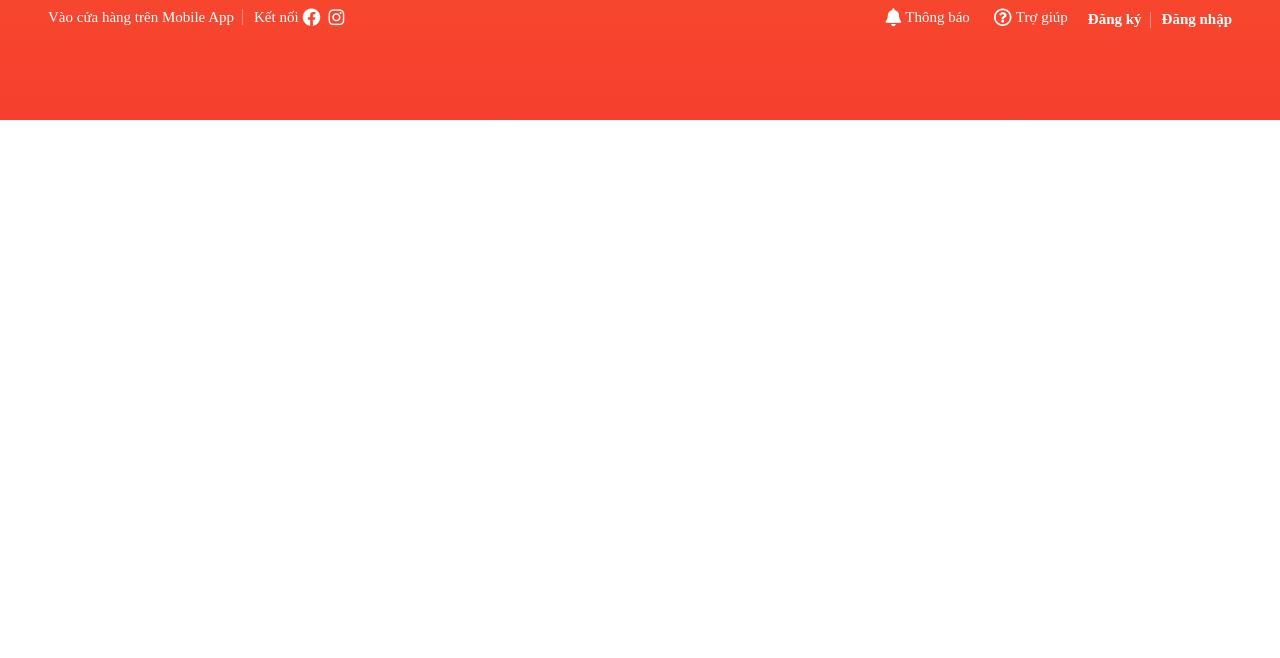
Repository: Qson412/BTL_Web
Page: index.html
These files come from the project's save history. The page is drawn as it stood at one moment and after the next save; the edit follows.
The browser window is 1280 px wide. The pictures show the whole page.

Above is the page before, as saved 2021-11-29 21:04:42.

### index.html
<!DOCTYPE html>
<html lang="en">

<head>
    <meta charset="UTF-8">
    <meta http-equiv="X-UA-Compatible" content="IE=edge">
    <meta name="viewport" content="width=device-width, initial-scale=1.0">
    <link rel="stylesheet" href="./base.css">
    <link rel="stylesheet" href="./main.css">
    <link rel="stylesheet" href="./fontawesome-free-5.15.4-web/css/all.min.css">
    <title>Trang trủ</title>
</head>

<body>
    <div class="app">
        <!-- HEADER -->
        <header class="header">
            <div class="grid">
                <nav class="header__navbar">
                    <ul class="header__navbar-list">
                        <li class="header__navbar-item header__navbar-item--has-qr header__navbar-item--separate">
                            Vào cửa hàng trên Mobile App
                            <!--Link Dowloads App in QR, GG Play and AppStore-->
                            <div class="header__qr">
                                <img src="./uploads/qr_code.png" alt="QR code" class="header__qr-img">
                                <div class="header__qr-app">
                                    <!--Link Dowloads App in GG Play-->
                                    <a href="https://play.google.com/store/apps/details?id=com.shopee.vn&hl=vi&gl=US"
                                        class="header__qr-link"><img src="./uploads/gg_play.png" alt="Google Play"
                                            class="header__qr-dowloads-img"></a>
                                    <!--Link Dowloads App in AppStore-->
                                    <a href="https://apps.apple.com/vn/app/id959841449" class="header__qr-link"><img
                                            src="./uploads/appstore.png" alt="App Store"
                                            class="header__qr-dowloads-img"></a>
                                </div>
                            </div>
                        </li>
                        <li class="header__navbar-item">
                            <span class="header__navbar-title--no-poiter">Kết nối</span>
                            <a href="https://www.facebook.com/" class="header__navbar-icon-link"><i
                                    class="header__navbar-icon fab fa-facebook"></i></a>
                            <a href="https://www.instagram.com/" class="header__navbar-icon-link"><i
                                    class="header__navbar-icon fab fa-instagram"></i></a>
                        </li>
                    </ul>

                    <ul class="header__navbar-list">
                        <li class="header__navbar-item header__navbar-item--has-notify"><a href="" class="header__navbar-item-link">
                                <i class="header__navbar-icon fas fa-bell"></i>
                                Thông báo</a>
                                <!-- Header Notification-->
                                <div class="header__notify">
                                    <header class="header__notify-header">
                                        <h3> Thông báo mới nhận</h3>
                                    </header>
                                    <ul class="header__notify-list">
                                        <li class="header__notify-item header__notify-item--viewed">
                                            <a href="" class="header__notify-link">
                                                <img src="https://cf.shopee.vn/file/3096ba0dd1902385608dca97184bb28b_tn" alt="" class="header__notify-img">
                                                <div class="header__notify-info">
                                                    <span class="header__notify-name">
                                                        Dòng điện thoại SamSung chính hãng vừa ra mắt. </span>
                                                    <span class="header__notify-descriotion">
                                                        Mô tả: SamSung Galaxy Z Fold3 5G.
                                                    </span>
                                                </div>
                                            </a>
                                        </li>

                                        <li class="header__notify-item header__notify-item--viewed">
                                            <a href="" class="header__notify-link">
                                                <img src="https://cf.shopee.vn/file/98a817a6d4d54cbe3c3f241815fc9c8f" alt="" class="header__notify-img">
                                                <div class="header__notify-info">
                                                    <span class="header__notify-name">
                                                        Siêu sale hàng chính hãng cùng Oppo </span>
                                                    <span class="header__notify-descriotion">
                                                        Mô tả: OPPO RENO 6(8GB | 128GB) - Hàng chính hãng.
                                                    </span>
                                                </div>
                                            </a>
                                        </li>

                                        <li class="header__notify-item header__notify-item--viewed">
                                            <a href="" class="header__notify-link">
                                                <img src="https://cf.shopee.vn/file/cd2c1b70c092a7ce16bf17bdd33a638e" alt="" class="header__notify-img">
                                                <div class="header__notify-info">
                                                    <span class="header__notify-name">
                                                        Xiaomi đang giảm giá dòng sản phẩm mới với giá cực sốc.</span>
                                                    <span class="header__notify-descriotion">
                                                        Mô tả: Xiaomi Redmi 10(4GB|128GB) - Hàng chính hãng.
                                                    </span>
                                                </div>
                                            </a>
                                        </li>
                                    </ul>
                                    <footer class="header__notify-footer">
                                        <a href="" class="header__notify-footer-btn">Xem tất cả</a>
                                    </footer>
                                </div>
                        </li>
                        <li class="header__navbar-item"><a href="" class="header__navbar-item-link">
                                <i class="header__navbar-icon far fa-question-circle"></i>
                                Trợ giúp</a>
                        </li>
                        <li class="header__navbar-item header__navbar-item--strong header__navbar-item--separate">Đăng
                            ký</li>
                        <li class="header__navbar-item header__navbar-item--strong">Đăng nhập</li>
                    </ul>
                </nav>
            </div>

        </header>

        <div class="container">

        </div>

        <footer class="footer">

        </footer>
    </div>
    <!-- Modal Body-->
    <!-- <div class="modal">
        <div class="modal__overlay"> </div>

        <div class="modal__body"> -->

            <!-- Register Form-->
            <!-- <div class="auth-form">
                <div class="auth-form__container">
                    <div class="auth-form__header">
                        <h3 class="auth-form__heading">Đăng ký</h3>
                        <span class="auth-form__switch-btn">Đăng nhập</span>
                    </div>

                    <div class="auth-form__form">
                        <div class="auth-form__group">
                            <input type="text" class="auth-form__input" placeholder="Email của bạn">
                        </div>
                        <div class="auth-form__group">
                            <input type="password" class="auth-form__input" placeholder="Mật khẩu của bạn">
                        </div>
                        <div class="auth-form__group">
                            <input type="password" class="auth-form__input" placeholder="Nhập lại mật khẩu">
                        </div>
                    </div>
                    <div class="auth-form__aside">
                        <p class="auth-form__policy-text">Bằng việc đăng ký bạn đã đồng ý với QuangSon Mobie về
                            <a href="" class="auth-form__text-link">Điều khoản dịch vụ</a> &
                            <a href="" class="auth-form__text-link">Chính sách bảo mật.</a>
                        </p>
                    </div>
                    <div class="auth-form__controls">
                        <button class="btn auth-form__controls-back btn--normal">TRỞ LẠI</button>
                        <button class="btn btn--primary">ĐĂNG KÝ</button>
                    </div>
                </div>

                <div class="auth-form__socials">
                    <a href="" class="auth-form__socials--facebook btn btn--size-s btn--with-icon">
                        <i class="auth-form__socials-icon fab fa-facebook-square"></i>
                        <span class="auth-form__socials-title">Kết nối với Facebook</span></a>
                    <a href="" class="auth-form__socials--google btn btn--size-s btn--with-icon">
                        <i class="auth-form__socials-icon  fab fa-google"></i>
                        <span class="auth-form__socials-title">Kết nối với Google</span></a>
                </div>
            </div> -->


         <!-- Login Form-->
         <!-- <div class="auth-form">
            <div class="auth-form__container">
                <div class="auth-form__header">
                    <h3 class="auth-form__heading">Đăng nhập</h3>
                    <span class="auth-form__switch-btn">Đăng ký</span>
                </div>

                <div class="auth-form__form">
                    <div class="auth-form__group">
                        <input type="text" class="auth-form__input" placeholder="Email của bạn">
                    </div>
                    <div class="auth-form__group">
                        <input type="password" class="auth-form__input" placeholder="Mật khẩu của bạn">
                    </div>

                </div>
                <div class="auth-form__aside">
                    <div class="auth-form__help">
                        <a href="" class="auth-form__help-link auth-form__help-forgot">Quên mật khẩu</a>
                        <span class="auth-form__help-separate"></span>
                        <a href="" class="auth-form__help-link">Cần trợ giúp?</a>
                    </div>
                </div>
                <div class="auth-form__controls">
                    <button class="btn auth-form__controls-back btn--normal">TRỞ LẠI</button>
                    <button class="btn btn--primary">ĐĂNG NHẬP</button>
                </div>
            </div>

            <div class="auth-form__socials">
                <a href="" class="auth-form__socials--facebook btn btn--size-s btn--with-icon">
                    <i class="auth-form__socials-icon fab fa-facebook-square"></i>
                    <span class="auth-form__socials-title">Kết nối với Facebook</span></a>
                <a href="" class="auth-form__socials--google btn btn--size-s btn--with-icon">
                    <i class="auth-form__socials-icon  fab fa-google"></i>
                    <span class="auth-form__socials-title">Kết nối với Google</span></a>
            </div>
        </div>
        </div>
    </div> -->
</body>

</html>

### base.css
body{
    margin: 0;
    padding: 0;
    font-family: 'Roboto' , sans-serif;
}
.grid{
    width: 1200px;
    max-width: 100%;
    margin: 0 auto;
}

/* Animation */
@keyframes fadeIn{
    from{
        opacity: 0;
    }
    to{
        opacity: 1;
    }
}


@keyframes growth{
    from{
        transform: scale(var(--growth-from));
    }
    to{
        transform: scale(var(--growth-to));
    }
}
/* Bien ma mau*/
:root{
    --primary-color: #ee4d2d;
    --border-color: #dbdbdb;
}

/* Modal */
.modal{
    position: fixed;
    top: 0;
    right: 0;
    left: 0;
    bottom: 0;
    display: flex;
    animation: fadeIn linear 0.1s;
}

.modal__overlay{
    position: absolute;
    width: 100%;
    height: 100%;
    background-color: rgba(0,0,0, 0.4);
}

.modal__body{
    --growth-from: 0.7;
    --growth-to: 1;
    z-index: 1;
    position: relative;
    animation: growth linear 0.1s;
    margin: auto;

}
/* Button style */
.btn{
    min-width: 142px;
    height: 36px;
    text-decoration: none;
    border: none;
    border-radius: 2px;
    font-size: 1rem;
    padding: 0 12px;
    outline: none;
    cursor: pointer;
   color: black;
   display: flex;
   align-items: center;
   justify-content: center;
   background-color: white;
   line-height: 1.4rem;
}

.btn.btn--normal:hover{
    background-color: rgba(0,0,0, 0.05);
}

.btn.btn--size-s{
    padding: 0 8px;
    height: 30px;
    font-size: 12px;
}
.btn.btn--primary{
    color: white;
    background-color: var(--primary-color);
}

.btn.btn--disabled{
    color: #949494;
    cursor: default;
    background-color: #c3c3c3;
    filter: brightness(80%);
}

### main.css
.header{

    height: 120px;
    background-image: linear-gradient(0, #f63f2e, #f7462e);
}
.header__navbar{
    display: flex;
    justify-content: space-between;
}
.header__navbar-list{
    list-style: none;
    padding-left: 0;
    margin-top: 4px;
}

.header__navbar-icon-link{
    color: white;
    text-decoration: none;
}

.header__navbar-icon{
    font-size: 18px;
    margin: 0 4px;
}
.header__navbar-item{
    margin: 0 8px ;
    position: relative;
    min-height: 26px;
}
.header__navbar-item--has-qr:hover .header__qr{
    display: block;
}
.header__navbar-item--has-notify:hover .header__notify{
    display: block;
}
.header__navbar-item,
.header__navbar-item-link{
    display: inline-block;
    font-size: 15px;
    color: white;
    text-decoration: none;
   font-family: 'Times New Roman', Times, serif;
}
.header__navbar-item:hover,
.header__navbar-icon-link:hover,
.header__navbar-item-link:hover{
    cursor: pointer;
    color: rgba(255, 255, 255, 0.7);
}

.header__navbar-item,
.header__navbar-item-link,
.header__navbar-icon-link{
    display: inline-flex;
    align-items: center;
}
.header__navbar-item--strong{
    font-weight: 900;
}

.header__navbar-item--separate::after{
    content: "";
    display: block;
    position: absolute;
    border-left: 1px solid #FB9086;
    height: 16px;
    right: -9px;
    top: 50%;
    transform: translateY(-50%);
}

.header__navbar-title--no-poiter{
    cursor: text;
    color: white;
}

/* Header QR code */
.header__qr{
    width: 175px;
    background-color: white ;
    position: absolute;
    left: 0;
    top: 118%;
    padding: 8px;
    border-radius: 2px;
    display: none;
    animation: fadeIn ease-in 0.5s;
}
.header__qr::before{
    position: absolute;
    left: 0;
    top: -16px;
    width: 100%;
    height: 20px;
    content: "";
    display: block;
}
.header__qr-img{
    width: 100%;
}

.header__qr-app{
    display: flex;
    justify-content: space-between;
    /* width: 100%;*/
}

.header__qr-link:nth-child(1){
    margin-left: 11px;
}
.header__qr-link:nth-child(2){
    margin-right: 11px;
}
.header__qr-dowloads-img{
    height: 16px;
}
/* HEADER NOTI.fication */
.header__notify{
    position: absolute;
    top: 118%;
    width: 404px;
    border: 1px solid #d3d3d3;
    background-color: white;
    right: 0;
    cursor: default;
    transform-origin: calc(100% - 20px) top ;
    animation: headerNotifyGrowth ease-in 0.2s;
    /* Mo rong animation trong truong hop 1 so Web không ho tro Animation */
    -webkit-animation: headerNotifyGrowth ease-in 0.2s;
    will-change: opacity, transform;
    display: none;
}

.header__notify::before{
    content: "";
    border-width: 20px 27px;
    border-style: solid;
    border-color: transparent transparent white transparent;
    position: absolute;
    right: 4px;
    top: -28px;
}

.header__notify::after{
    content: "";
    display: block;
    position: absolute;
    width: 90px;
    height: 20px;
    right: 0;
    top: -16px;
}
@keyframes headerNotifyGrowth{
    from{
        opacity: 0;
        transform: scale(0);
    }
    to{
        opacity: 1;
        transform: scale(1);
    }
}
.header__notify-header{
    height: 40px;
    background-color: white;
}

.header__notify-header h3{
    color: #999;
    margin:0 0 0 12px;
    font-weight: 400;
    font-size: 15px;
    line-height: 40px;
    user-select: none;
}

.header__notify-list{
    padding-left: 0;
}

.header__notify-item{
    display: flex;
}

.header__notify-item:hover{
    background-color: #f7f7f7;
}
.header__notify-item--viewed{
    background-color: rgb(238, 75, 43 , 0.08);
}

.header__notify-link{
    display: flex;
    width: 100%;
    padding: 12px;
    text-decoration: none;
    background-color: rgb(238, 77, 45 , 0.08);
}

.header__notify-img{
    width: 50px;
    object-fit: contain;
}

.header__notify-info{
    margin-left: 12px;
}

.header__notify-name{
    display:block;
    font-size: 14px;
    color: black;
    font-weight: 400;
    line-height: 1.2rem;
}

.header__notify-descriotion{
    display: block;
    font-size: 12px;
    color: #756f6e;
    line-height: 1.6rem;
}

.header__notify-footer{
    display: flex;
}

.header__notify-footer-btn{
    text-decoration: none;
    color: #272626;
    width: 100%;
    padding: 8px 0;
    text-align: center;
}

/* Authel Modal */
.auth-form{
    width: 500px;
    background-color: white;
    border-radius: 5px;
    overflow: hidden;
}
.auth-form__container{
    padding: 0 32px;
}

.auth-form__header{
    display: flex;
    align-items: center;
    justify-content: space-between;
    font-family: Arial, Helvetica, sans-serif;
    padding: 0 12px;
    margin-top: 10px;
}

.auth-form__heading{
    font-size: 22px;
    font-weight: 500;
    color: rgb(29, 30, 31);
}

.auth-form__switch-btn{
    font-size: 16px;
    font-weight: 500;
    color: var(--primary-color);
    cursor: pointer;
}

/*.auth-form__form{

}
*/
.auth-form__input{
    width: 95%;
    height: 40px;
    margin-top: 16px;
    padding: 0 12px;
    font-size: 14px;
    border-radius: 2px;
    border: 1px solid var(--border-color);
    outline: none;
}

.auth-form__input:focus{
    border-color: #888;
}

.auth-form__aside{
    margin-top: 18px;
}

.auth-form__policy-text{
    font-size: 1rem;
    line-height: 1.4rem;
    text-align: center;

}

.auth-form__text-link{
    font-size: 1rem;
    text-decoration: none;
    color: var(--primary-color);
}

.auth-form__controls{
    margin-top: 80px;
}
.auth-form__controls{
     display: flex;
     justify-content: flex-end;
     margin-top: 80px;
}

.auth-form__controls-back{
    margin-right: 8px;
}
.auth-form__socials{
   background-color: #f5f5f5;
   padding: 16px 36px;
   display: flex;
   justify-content: space-between;
   margin-top: 24px;
}

.auth-form__socials-icon{
    font-size: 1.3rem;
}

.auth-form__socials--facebook{
    background-color: #3a5a98;
    color: white;
}

.auth-form__socials--facebook
.auth-form__socials-icon{
    color: white;
}

.auth-form__socials-title{
    margin: 0 32px;
}

.auth-form__socials--google{
    background-color: white;
    color: #666;
}

.auth-form__help{
    display: flex;
    justify-content: flex-end;
}

.auth-form__help-link{
    text-decoration: none;
    font-size: 0.8rem;
    color: #939393;
}

.auth-form__help-separate{
    display: block;
    height: 22px;
    margin: -4px 16px 0;
    border-left: 1px solid var(--border-color);
}
.auth-form__help-forgot{
    color: var(--primary-color);
}

Loaded but not shown: fontawesome-free-5.15.4-web/css/all.min.css (library)

After the next save:
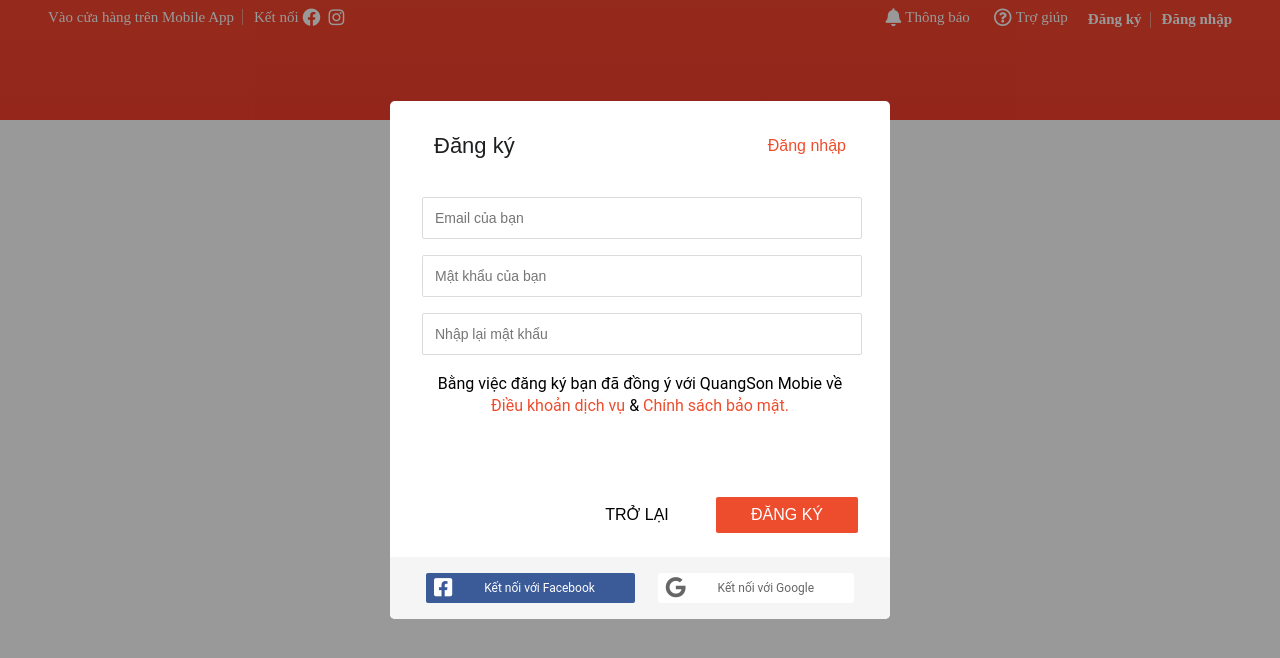
Saved 72 s later.
--- a/index.html
+++ b/index.html
@@ -120,13 +120,13 @@
         </footer>
     </div>
     <!-- Modal Body-->
-    <!-- <div class="modal">
+     <div class="modal">
         <div class="modal__overlay"> </div>
 
-        <div class="modal__body"> -->
+        <div class="modal__body">
 
             <!-- Register Form-->
-            <!-- <div class="auth-form">
+           <div class="auth-form">
                 <div class="auth-form__container">
                     <div class="auth-form__header">
                         <h3 class="auth-form__heading">Đăng ký</h3>
@@ -164,7 +164,7 @@
                         <i class="auth-form__socials-icon  fab fa-google"></i>
                         <span class="auth-form__socials-title">Kết nối với Google</span></a>
                 </div>
-            </div> -->
+            </div>
 
 
          <!-- Login Form-->
